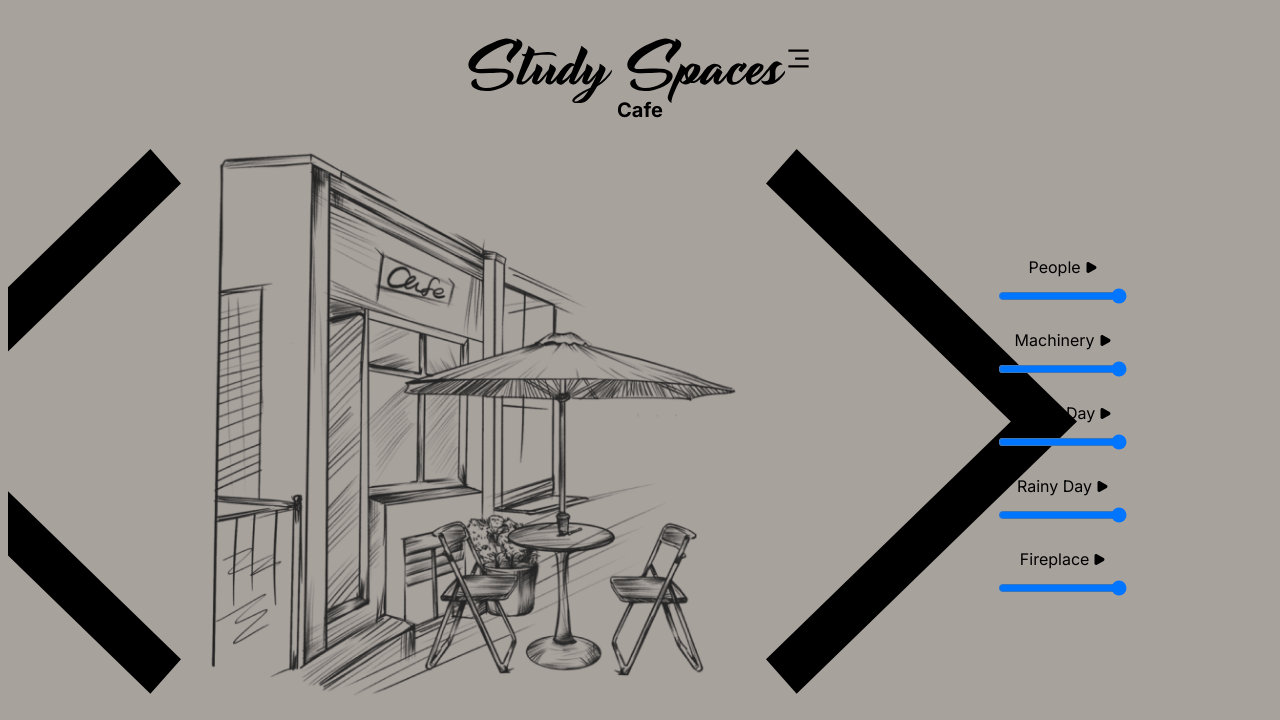
Repository: kaitlynlie/studyspaces
Page: / (app in studyspaces/)
The author's editor kept a copy of each file at every save. The page is drawn from the files as they stood at one save, then again after the next save.
The browser window is 1280 px wide. The pictures show the whole page.
The project was rebuilt for these pictures with package versions that can differ from the ones it lists, and the page was loaded fresh each time. Also part of the build but not shown: studyspaces/vite.config.ts. Imported but missing from the stored project, and not drawn on this page: studyspaces/src/audio/fireplace.wav, studyspaces/src/audio/people.wav, studyspaces/src/audio/rain.wav, studyspaces/src/audio/softmachinery.mp3, studyspaces/src/audio/sun.wav.

Above is the page before, as saved 2023-09-28 13:18:20.

After the next save:
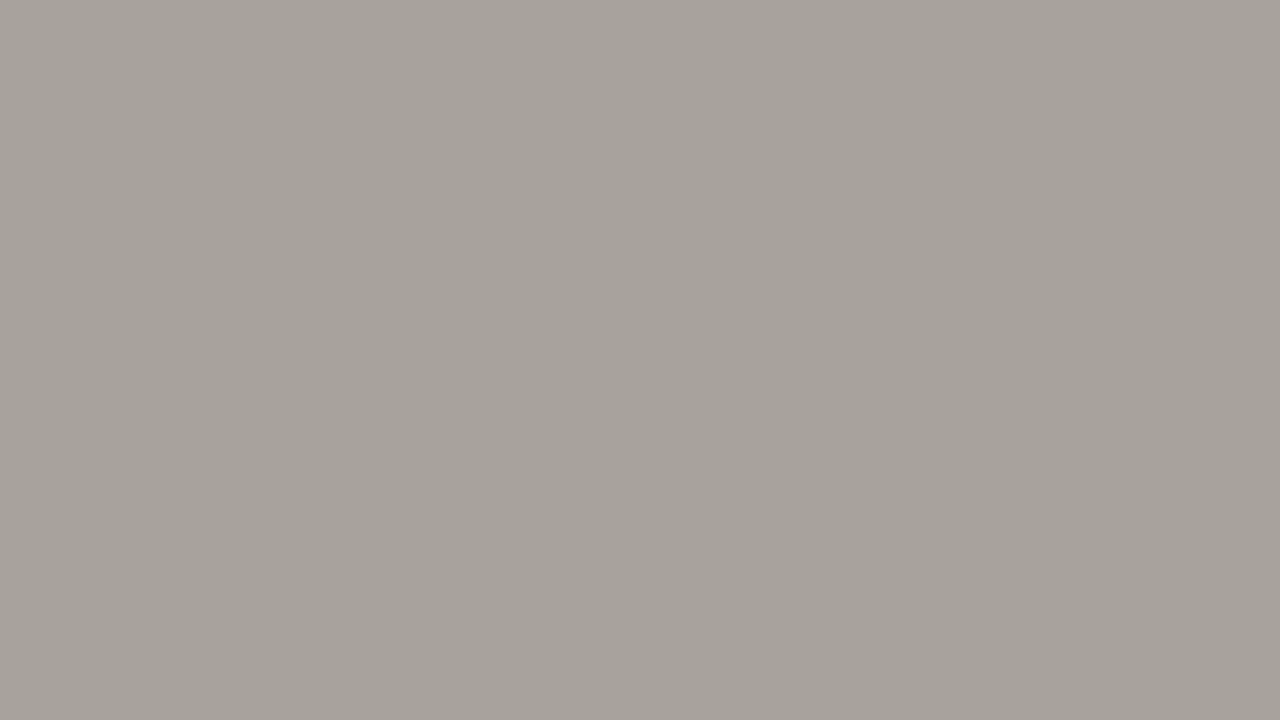
Console error: ReferenceError: toggleMenu is not defined
Saved 40 s later.
--- a/studyspaces/src/pages/Home.tsx
+++ b/studyspaces/src/pages/Home.tsx
@@ -4,6 +4,9 @@
 import React, { ChangeEvent, useState, useRef } from 'react';
 import { people, machinery, sunny, rainy, fire } from "../audio";
 import { Navbar } from ".";
+import { Link } from 'react-router-dom'
+import { useState } from 'react'
+import { RiMenu3Line, RiCloseLine } from 'react-icons/ri';
 
 export function Home() {
   const [sliderValues, setSliderValues] = useState({
@@ -42,9 +45,23 @@
             <div className={clsx(styles.studyspaces)}>
               <img src={title} className={clsx(styles.title)}/>
             </div>
-            <div className={clsx(styles.dropdown)}>
-              <Navbar />
-            </div>
+            <div className={clsx(styles.toggle)}>
+        {toggleMenu
+          ? <RiCloseLine color="#000" size={27} onClick={() => setToggleMenu(false)} />
+          : <RiMenu3Line color="#000" size={27} onClick={() => setToggleMenu(true)} />}
+        {toggleMenu && (
+        <div className={clsx(styles.box)}>
+          <div className="none">
+            <ul className={clsx(styles.dropdown)}>
+            <Link onClick={openNav} to='/'><li><a>Home</a></li></Link>
+            <Link onClick={openNav} to='/about'><li><a>About</a></li></Link>
+            <Link onClick={openNav} to='/membership'><li><a>Todo</a></li></Link>
+            <Link onClick={openNav} to='/faq'><li><a>Timer</a></li></Link>
+            </ul>
+          </div>
+        </div>
+        )}
+        </div>
           </div>
             <h4>Cafe</h4>
             <div className={clsx(styles.content)}>

After the 2 saves that followed:
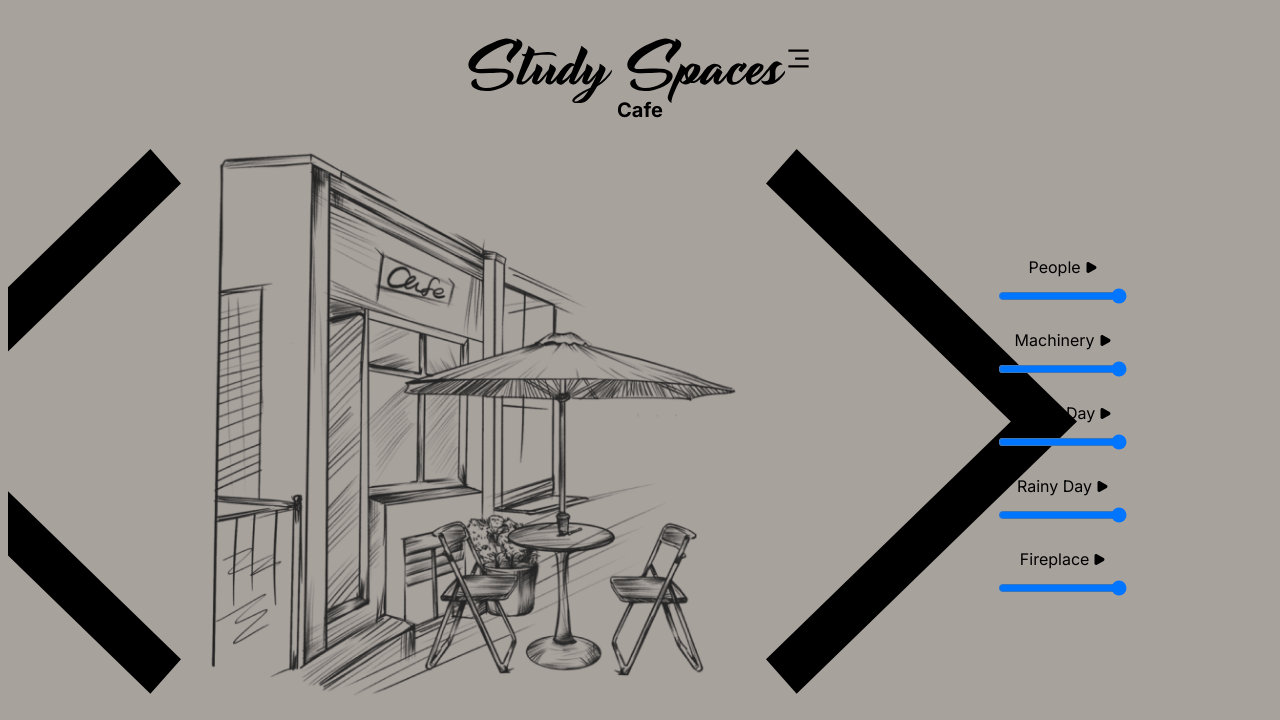
The error is gone.
The 2 saves are shown as one change because 1 left the picture as it was.
The last was saved 20 s later.
--- a/studyspaces/src/pages/Home.tsx
+++ b/studyspaces/src/pages/Home.tsx
@@ -5,7 +5,6 @@
 import { people, machinery, sunny, rainy, fire } from "../audio";
 import { Navbar } from ".";
 import { Link } from 'react-router-dom'
-import { useState } from 'react'
 import { RiMenu3Line, RiCloseLine } from 'react-icons/ri';
 
 export function Home() {
@@ -36,6 +35,13 @@
       ...prevState,
       [audioId]: !prevState[audioId] || !prevState[audioId],
     }));
+  };
+
+  const [toggleMenu, setToggleMenu] = useState(false);
+  const [nav, setNav] = useState(false);
+
+  const openNav = () => {
+    setNav(!nav);
   };
 
   return (
